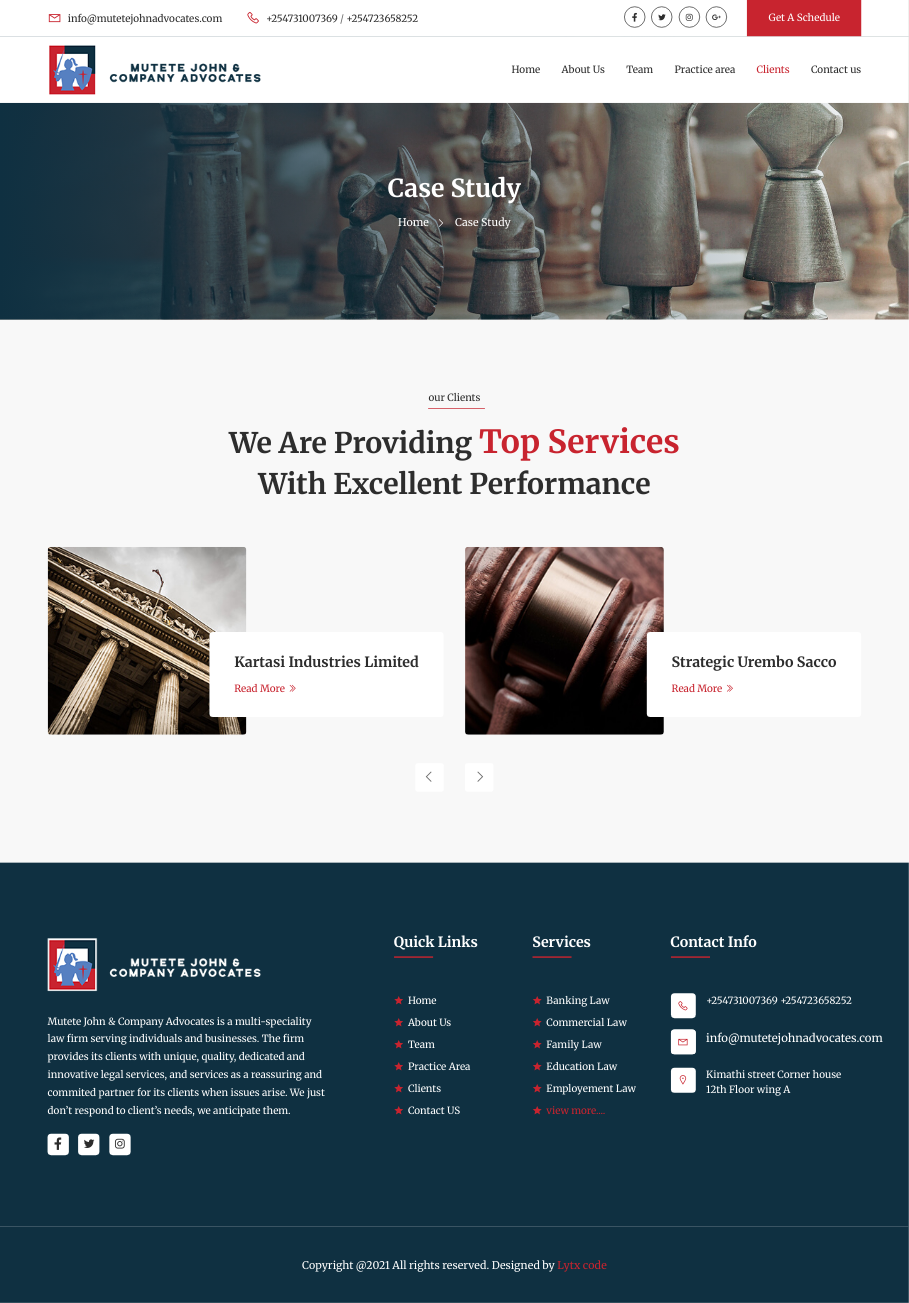
Repository: Samkiroko/mutete_john_website
Page: clients.html
The author's editor kept a copy of each file at every save. The page is drawn from the files as they stood at one save, then again after the next save.
The browser window is 1280 px wide. The pictures show the whole page, at 71% of full size.

Above is the page before, as saved 2021-10-13 15:16:42.

After the next save:
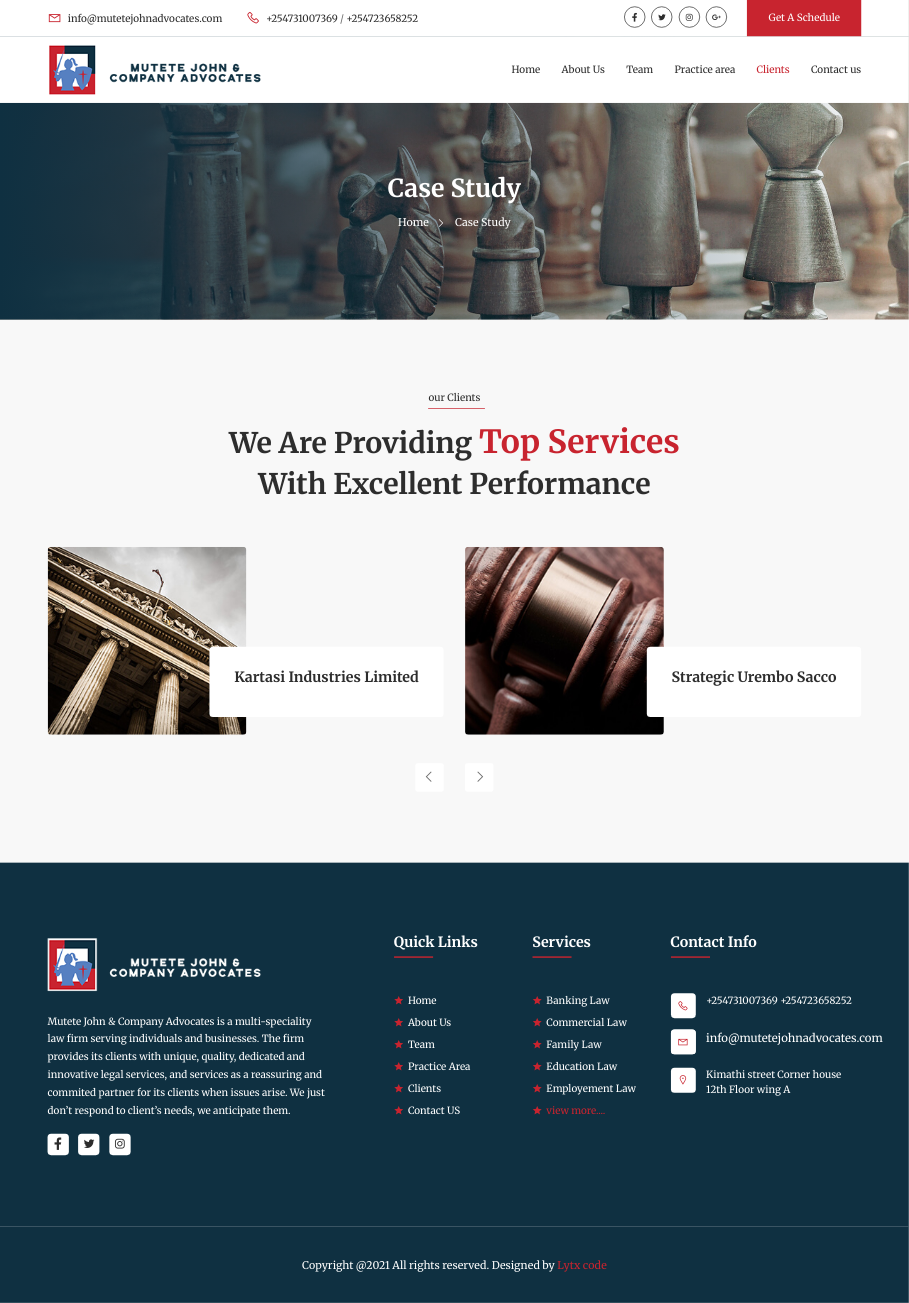
Saved 39 s later.
--- a/clients.html
+++ b/clients.html
@@ -169,10 +169,6 @@
                     </div>
                     <div class="img-text">
                         <h3>Sarit Center Mall</h3>
-                        <a href="#">
-                Read More
-                <i class="las la-angle-double-right"></i>
-              </a>
                     </div>
                 </div>
                 <div class="testimonials-slider-item">
@@ -181,10 +177,6 @@
                     </div>
                     <div class="img-text">
                         <h3>Kartasi Industries Limited</h3>
-                        <a href="#">
-                Read More
-                <i class="las la-angle-double-right"></i>
-              </a>
                     </div>
                 </div>
                 <div class="testimonials-slider-item">
@@ -193,10 +185,6 @@
                     </div>
                     <div class="img-text">
                         <h3>Strategic Urembo Sacco</h3>
-                        <a href="#">
-                Read More
-                <i class="las la-angle-double-right"></i>
-              </a>
                     </div>
                 </div>
                 <div class="testimonials-slider-item">
@@ -205,10 +193,6 @@
                     </div>
                     <div class="img-text">
                         <h3>Crown Bus Service Limited</h3>
-                        <a href="#">
-                Read More
-                <i class="las la-angle-double-right"></i>
-              </a>
                     </div>
                 </div>
                 <div class="testimonials-slider-item">
@@ -217,10 +201,6 @@
                     </div>
                     <div class="img-text">
                         <h3>Pemuga Auto Spares Limited</h3>
-                        <a href="#">
-                Read More
-                <i class="las la-angle-double-right"></i>
-              </a>
                     </div>
                 </div>
                 <div class="testimonials-slider-item">
@@ -229,10 +209,6 @@
                     </div>
                     <div class="img-text">
                         <h3>Trippex Construction Company Ltd</h3>
-                        <a href="#">
-                Read More
-                <i class="las la-angle-double-right"></i>
-              </a>
                     </div>
                 </div>
                 <div class="testimonials-slider-item">
@@ -241,10 +217,6 @@
                     </div>
                     <div class="img-text">
                         <h3>Safes and office security systems</h3>
-                        <a href="#">
-                Read More
-                <i class="las la-angle-double-right"></i>
-              </a>
                     </div>
                 </div>
             </div>
